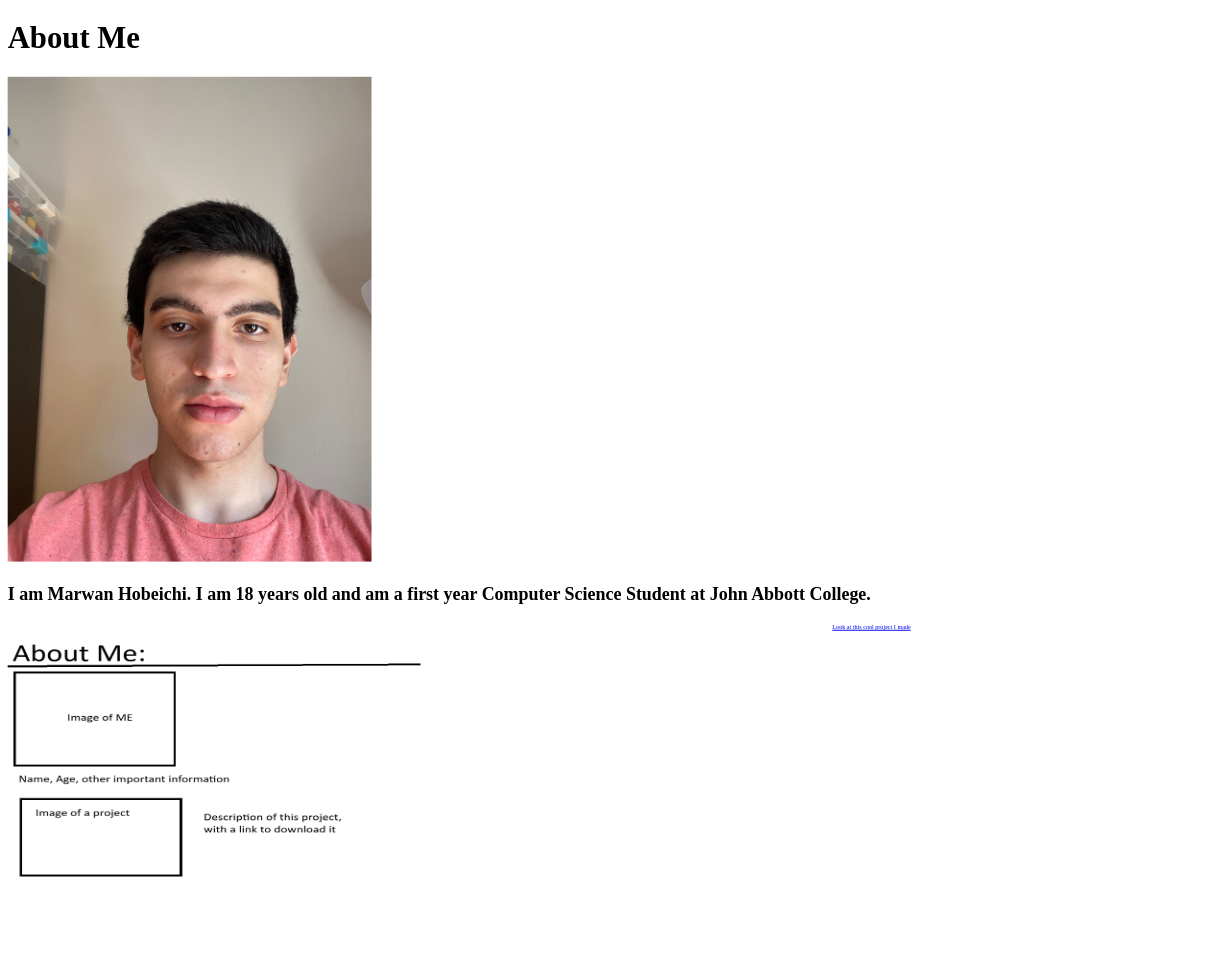
Repository: captainm64/captainm64
Page: index.html
These files come from the project's save history. The page is drawn as it stood at one moment and after the next save; the edit follows.
The browser window is 1280 px wide. The pictures show the whole page, at 96% of full size.

Above is the page before, as saved 2026-05-06 09:04:51.

### index.html
<!DOCTYPE html>
<html>
    <head>
        <link rel = "stylesheet" href = "./styles/index.css" />
         <link rel = "stylesheet" href = "./styles/global.css" />
         <title>HomePage</title>
    </head>
<body>
<Header id = "Title">
<main>
<h1> About Me </h1>

<div class = "Me">
 <img src="../../assets/images/Marwan.jpg" alt = "Marwan Hobeichi looking at the camera"/>
</div>

<h3> I am Marwan Hobeichi. I am 18 years old and am a first year Computer Science Student at John Abbott College.</h3>

<div class = "projtxt">
 <div>
 <img src="../../assets/images/HomePage.png" alt = "Demonstration of an old project"/>
 </div>

 <a href = projectshow.html>Look at this cool project I made</a>
</div>
</main>

### styles/index.css
img{

   height: 55%;
   width: 40%;
}

.projtxt{

   display: flex;

   flex-direction: row;

}

.projtxt img {

   height: 100%;
   width: 100%

}

#Main{

font-size: 30px;
font-family: "timesnewromanbold";
color: rgb(0, 0, 0);


}


/*phone*/
@media (min-width: 768px) {

    img{

   height: 55%;
   width: 20%;
   }

   .projtxt img {

   width: 50%

  }

}

/* IPad */
@media(min-width: 1025px)
{
     img{

   height: 55%;
   width: 30%;
   }


   .projtxt{

      font-size: 40%
   }


   .projtxt img {

   height: 80%

  }



}

### styles/global.css

@font-face {

    font-family: "timesnewroman";
    src: url(/assests/fonts/timesnewroman.ttf);
}

After the next save:
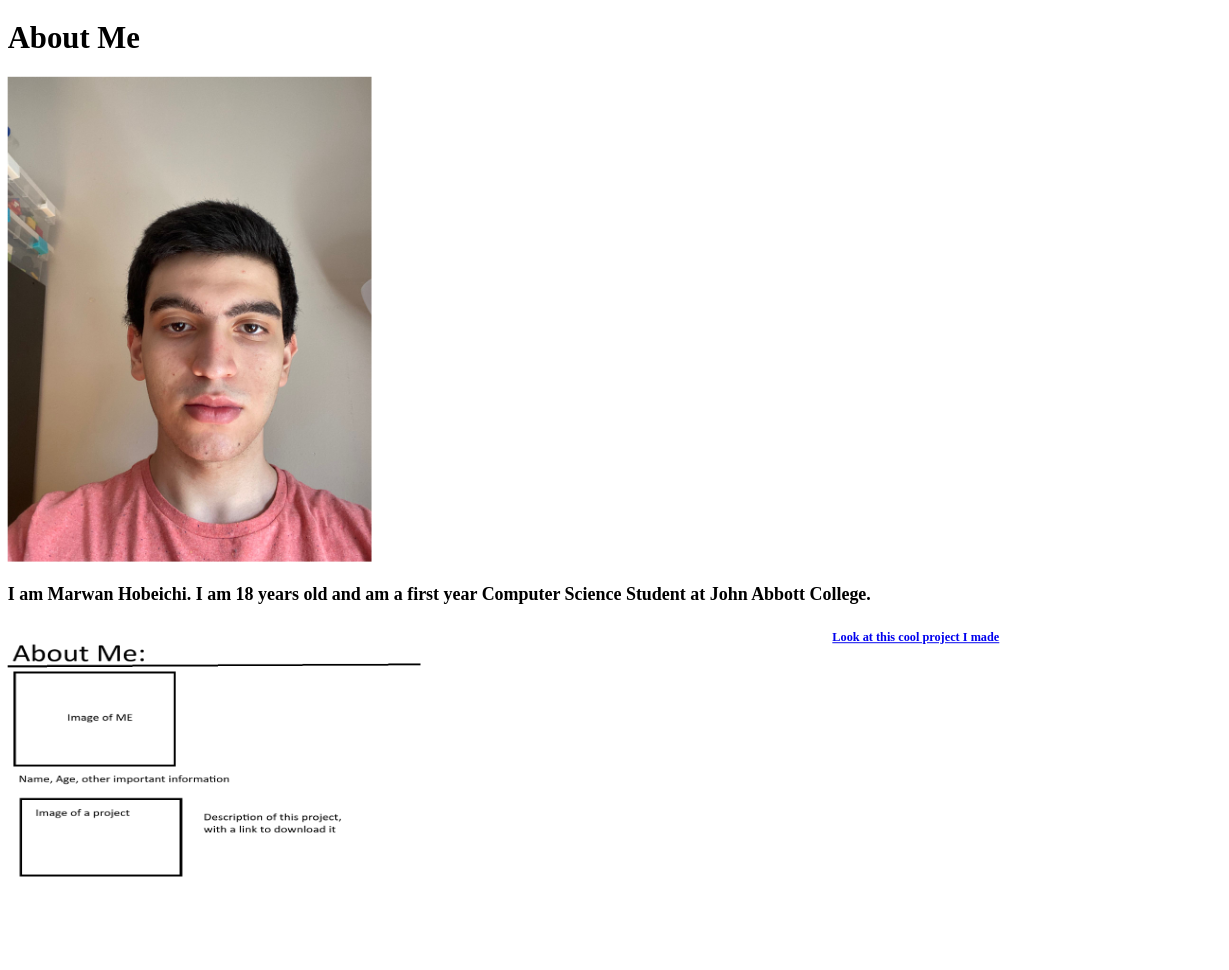
Saved 119 s later.
--- a/index.html
+++ b/index.html
@@ -21,6 +21,6 @@
  <img src="../../assets/images/HomePage.png" alt = "Demonstration of an old project"/>
  </div>
 
- <a href = projectshow.html>Look at this cool project I made</a>
+ <a href = projectshow.html><h1>Look at this cool project I made</h1></a>
 </div>
 </main>
